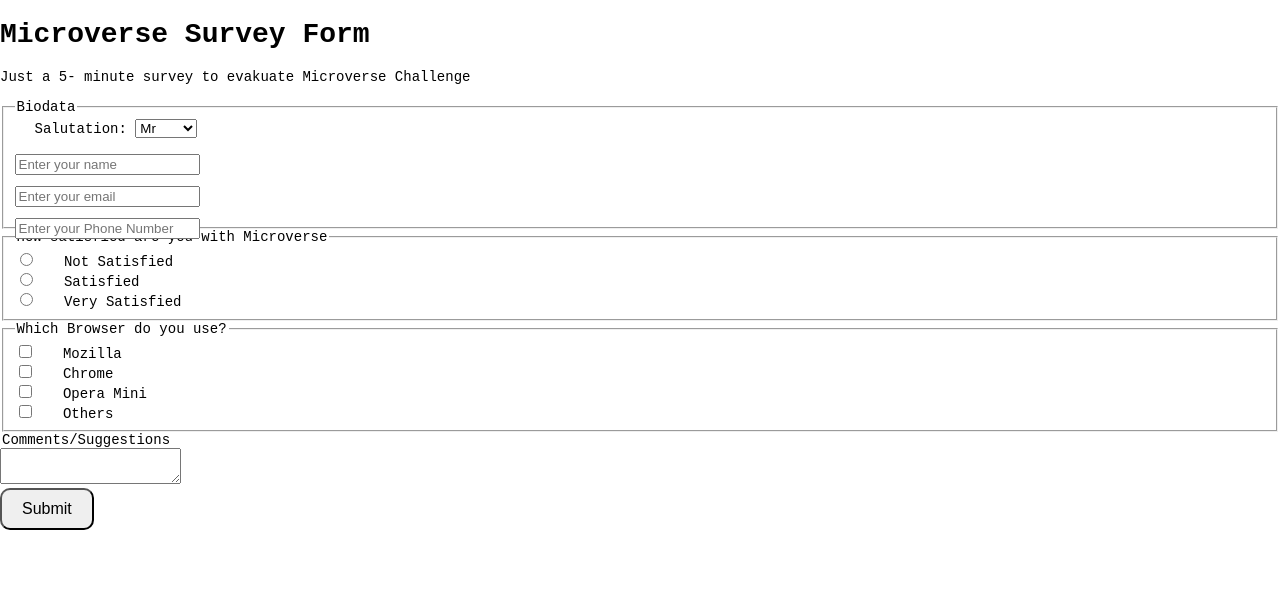
Repository: ahmedmeshref/Microverse-project
Page: index.html
These files come from the project's save history. The page is drawn as it stood at one moment and after the next save; the edit follows.
The browser window is 1280 px wide. The pictures show the whole page.

Above is the page before, as saved 2019-03-29 16:15:37.

### index.html
<!DOCTYPE html>

<html lang="en">
<head>
 <meta charset="utf-8">
 <meta http-equiv="X-UA-Compatible" content="IE=edge">
 <link rel="stylesheet" href="./css/style.css" >
<title>Survey Form</title>
</head>
<body>
<h1 id="title">Microverse Survey Form</h1>
<p id="description">Just a 5- minute survey to evakuate Microverse Challenge</p>
<form action="submit" id="survey-form">
<fieldset id="intro">
    <legend>Biodata</legend>
    <label for="salutation" >Salutation: </label>
    <select id="dropdown">
        <option> Mr</option>
        <option> Mrs</option>
        <option> Miss</option>
        <option>Others</option>
    </select></br><br/>

    <label id="name-label" name="name" for="name">Name: </label>
    <input type="text" class"bio"   id="name-label" name="name" placeholder="Enter your name" required><br/><br/>

    <label id="email-label" for="email">Email: </label>
    <input type="email" class"bio" id="email-label" placeholder="Enter your email" required><br/><br/>

    <label id="phone-label"  for="phone-number">Phone: </label>
    <input type="tel" class"bio"  id="phone-label" placeholder="Enter your Phone Number" required min="6" max="20">
</fieldset>

<fieldset>
    <legend>How satisfied are you with Microverse</legend>
    <input type="radio"  name ="sat" value="Not Satisfied">
    <label for="ns">Not Satisfied</label><br/>

    <input type="radio" name ="sat" value="Satisfied">
    <label>Satisfied</label><br/>

    <input type="radio" name ="sat" value="Very Satisfied">
    <label>Very Satisfied</label><br/>
</fieldset>

<fieldset>
    <legend>Which Browser do you use?</legend>
    <input type="checkbox">
    <label>Mozilla</label><br/>

    <input type="checkbox">
    <label>Chrome</label><br/>

    <input type="checkbox">
    <label>Opera Mini</label><br/>

    <input type="checkbox">
    <label>Others</label>
</fieldset>
</fieldset>
    <legend id="cands">Comments/Suggestions</legend>
    <textarea name="message" width="15" height="10"></textarea>
</fieldset>
<div id="sub">
    <input type="submit" value="Submit" id="submit" >
</div><br/>
</form>
</body>
</html>

### css/style.css
body {
    margin: 0px;
    /*text-align: center;*/
    font-family: 'Courier New', Courier, monospace;
    font-size: 14px;
}

placeholder {
    padding: 50px;
    margin: 5px;
}

#name-label,
#email-label,
#phone-label {
    position: absolute;
}

.bio {
    margin-left: 1em;
}

label {
    margin-left: 20px;
}

.dropdown {
    margin-right: 20px;
}

input[type="submit"] {
    padding: 10px 20px;
    border-radius: 10px;
    font-size: 16px;
}

After the next save:
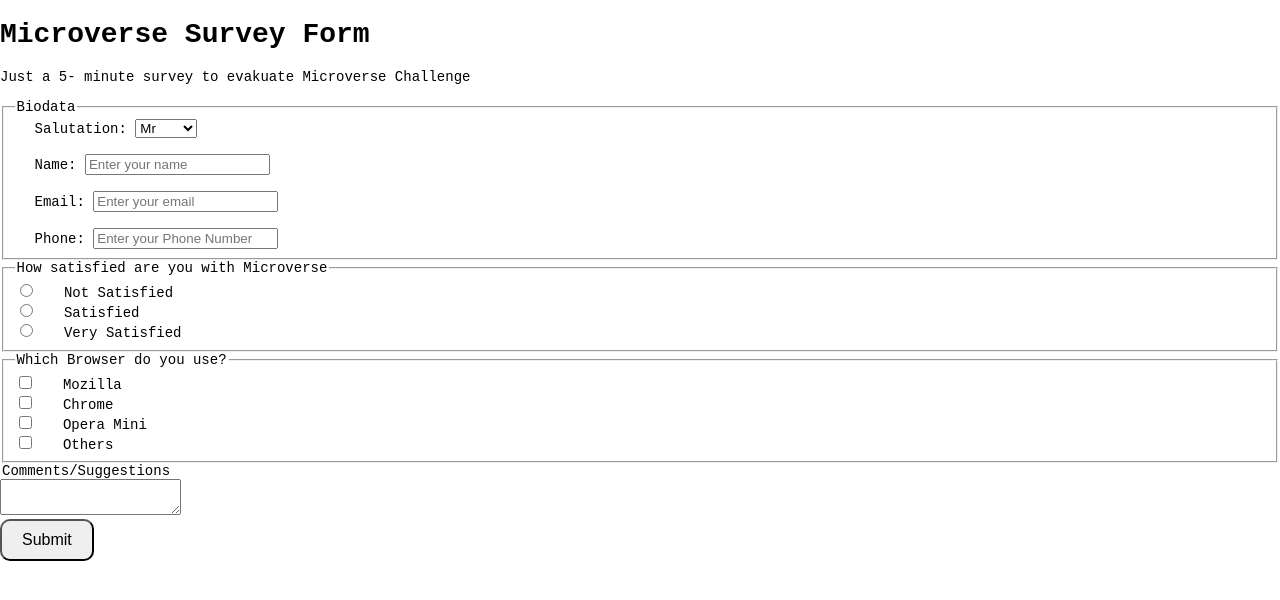
Saved 2 min 57 s later.
--- a/css/style.css
+++ b/css/style.css
@@ -12,9 +12,7 @@
 
 #name-label,
 #email-label,
-#phone-label {
-    position: absolute;
-}
+#phone-label {}
 
 .bio {
     margin-left: 1em;
